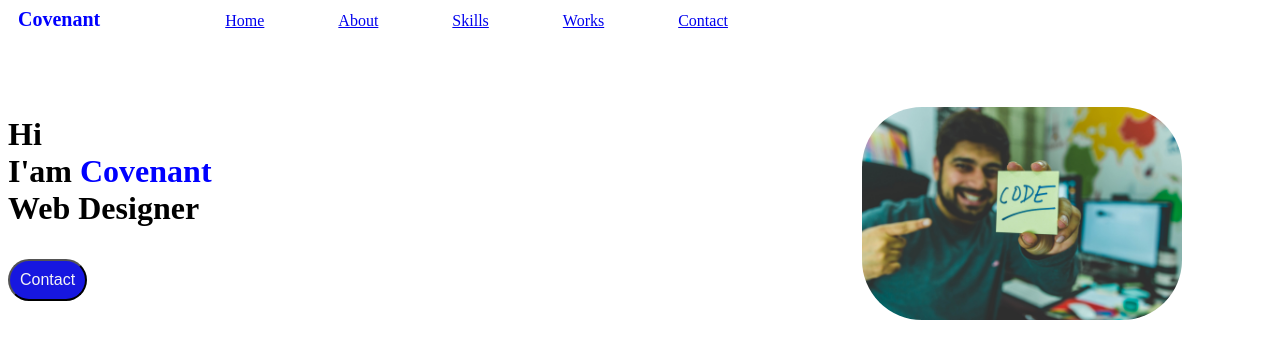
Repository: Tobby004/bdc-assignment-1
Page: index.html
An editor plug-in stored every save of this project. The page is shown before and after the next save, followed by the edit.
The browser window is 1280 px wide. The pictures show the whole page.

Above is the page before, as saved 2023-02-09 10:38:20.

After the next save:
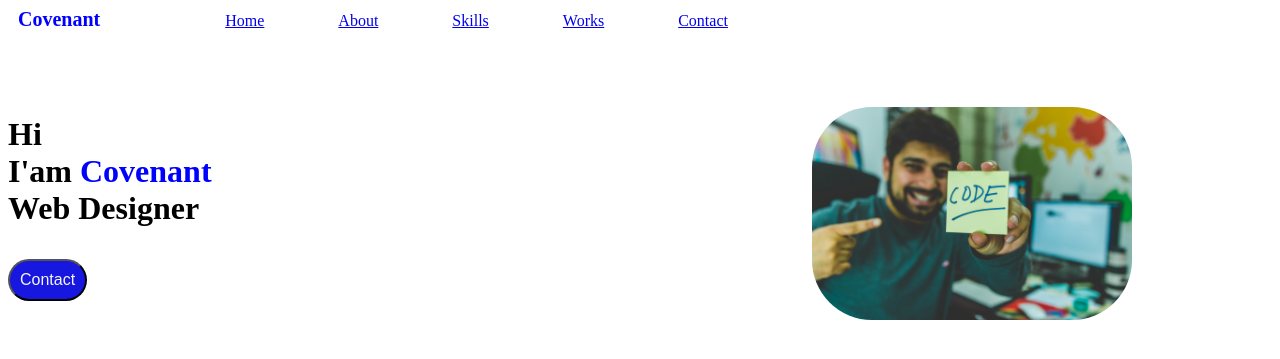
Saved 28 s later.
--- a/task.css
+++ b/task.css
@@ -26,8 +26,8 @@ img{
     float: right;
     border-radius: 100px;
     display: flexbox;
-    margin-left: 20px;
-    margin-right: 50px;
+    margin-left: 100px;
+    margin-right: 100px;
 
 }
 h1 b {
